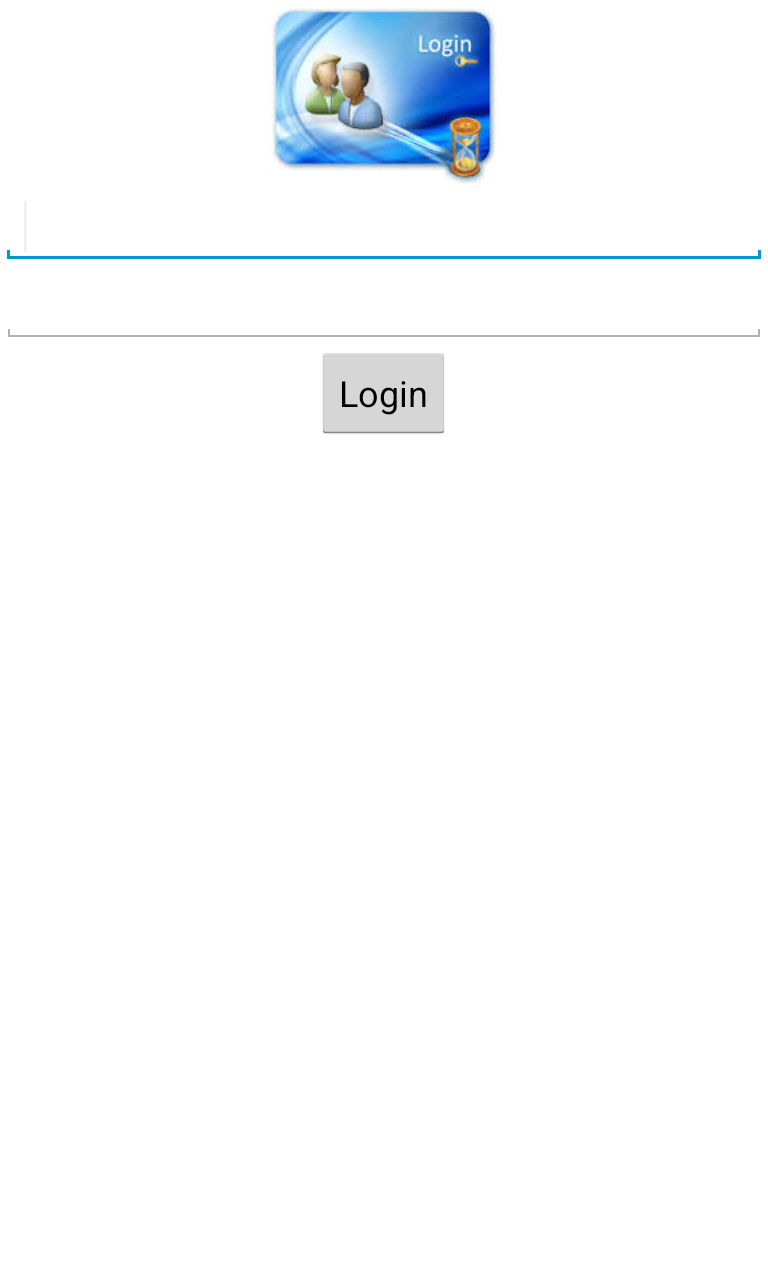
Repository: droidexample/some-practises-sample-example
Layout: CustomDialogLayout/res/layout/login_dialog.xml
An editor plug-in stored every save of this project. The layout is shown before and after the next save, followed by the edit.
It is drawn on a 768 x 1280 px phone screen (xhdpi) without system bars, with theme AppTheme; the app's code is not run.

Above is the layout before, as saved 2015-06-15 08:12:32.

### CustomDialogLayout/res/layout/login_dialog.xml
<?xml version="1.0" encoding="utf-8"?>
<LinearLayout xmlns:android="http://schemas.android.com/apk/res/android"
    android:layout_width="match_parent"
    android:layout_height="match_parent"
    android:orientation="vertical" >

    <ImageView
        android:id="@+id/imageView1"
        android:layout_width="wrap_content"
        android:layout_height="wrap_content"
        android:layout_gravity="center"
        android:src="@drawable/index" />

    <EditText
        android:id="@+id/etName"
        android:layout_width="match_parent"
        android:layout_height="wrap_content"
        android:ems="10"
        android:inputType="textPersonName" >

        <requestFocus />
    </EditText>

    <EditText
        android:id="@+id/etPass"
        android:layout_width="match_parent"
        android:layout_height="wrap_content"
        android:ems="10"
        android:inputType="textPassword" />

    <Button
        android:id="@+id/button1"
        android:layout_width="wrap_content"
        android:layout_height="wrap_content"
        android:layout_gravity="center"
        android:onClick="login"
        android:text="Login" />

</LinearLayout>

Loaded but not shown: CustomDialogLayout/res/values/styles.xml (common file); CustomDialogLayout/res/values-v11/styles.xml (common file); CustomDialogLayout/res/values-v14/styles.xml (common file)

After the next save:
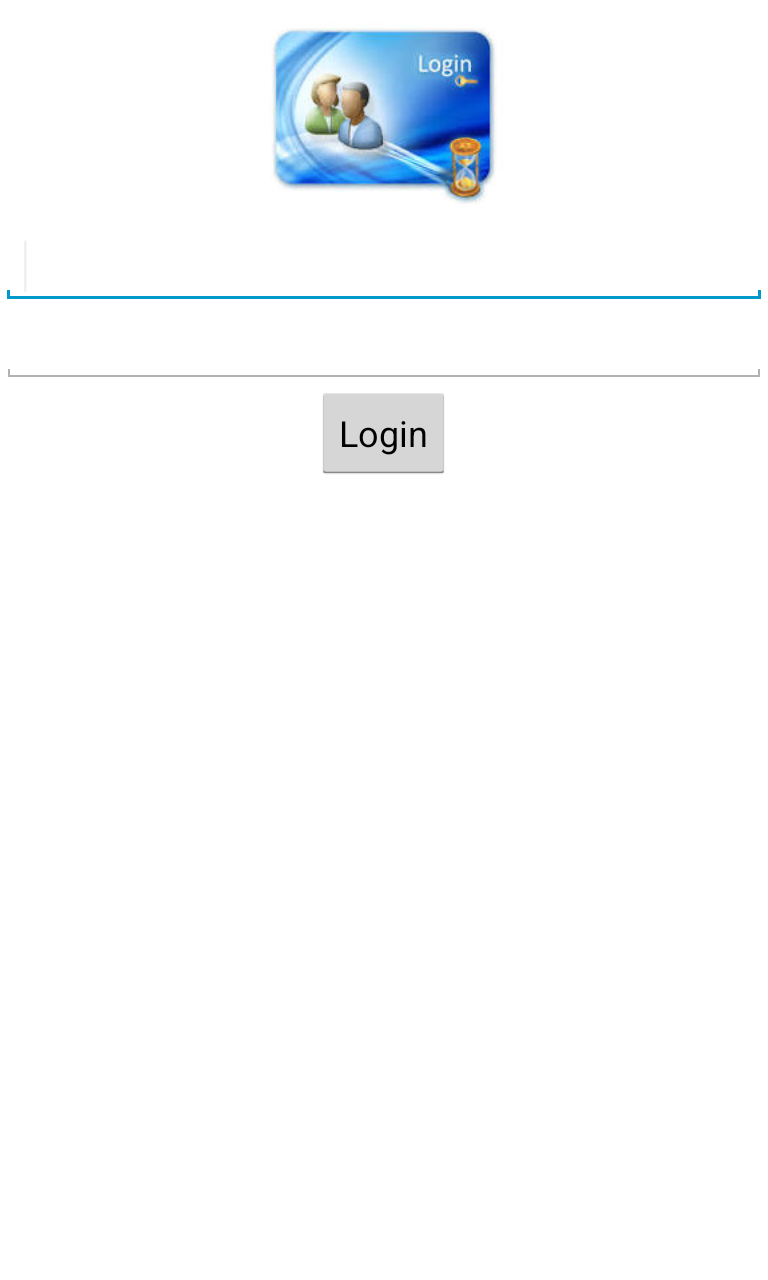
Saved 11 s later.
--- a/CustomDialogLayout/res/layout/login_dialog.xml
+++ b/CustomDialogLayout/res/layout/login_dialog.xml
@@ -9,7 +9,8 @@
         android:layout_width="wrap_content"
         android:layout_height="wrap_content"
         android:layout_gravity="center"
-        android:src="@drawable/index" />
+        android:src="@drawable/index"
+        android:padding="10dp" />
 
     <EditText
         android:id="@+id/etName"
